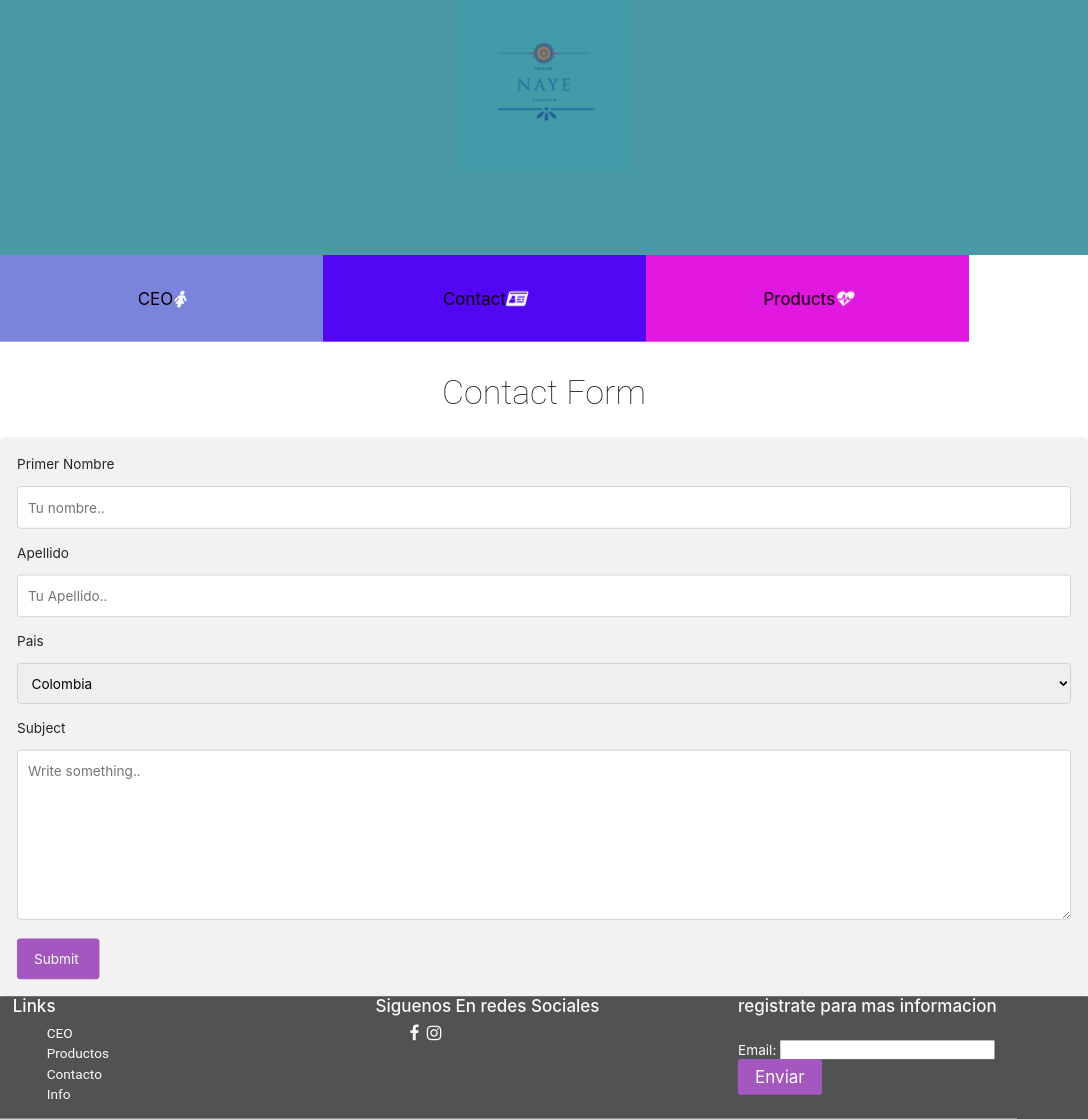
Repository: cachimiro/1-mile-stone-project
Page: contactos.html
The author's editor kept a record of every edit. The page is drawn from the files as they stood at one moment, then again after the next edit.
The browser window is 1280 px wide. The pictures show the whole page, at 85% of full size.
Some web libraries are served in a nearby version.

Above is the page before.

### contactos.html
<!DOCTYPE html>
<html lang="es">

<head>
    <meta charset="UTF-8">
    <meta name="viewport" content="width=device-width, initial-scale=1.0">
    <meta http-equiv="X-UA-Compatible" content="ie=edge">
    <link rel="stylesheet" href="https://stackpath.bootstrapcdn.com/bootstrap/4.2.1/css/bootstrap.min.css" type="text/css" />
    <link rel="stylesheet" href="https://stackpath.bootstrapcdn.com/font-awesome/4.7.0/css/font-awesome.min.css" type="text/css" />
    <link rel="stylesheet" href="https://cdnjs.cloudflare.com/ajax/libs/hover.css/2.3.1/css/hover-min.css" type="text/css" />
    <link rel="stylesheet" href="css/style.css" type="text/css" />
    <title>NAYE accesirios</title>
</head>

<body>


    <section>
        <div class="row no-gutters nowrap">
            <a href="index.html" class="col-sx-12 col logo-3 ">
            <img src="photo/logo.png" alt="logo"/>


            </a>






        </div>
        <div class="container">



            <ul id="nav" class="list-inline menucontainer dropdown-links">
                <div class="row">

                    <li class="col-4  ui-menu-color-ceo list-inline-item dropbtn-links-1">
                        <a href="index-english.html" class="hvr-icon-spin ">CEO<i class="fa fa-ceo hvr-icon" aria-hidden="true"> <span><i class="fas fa-female"></i></span></i>  </a>
                    </li>


                    <li class="col-4  ui-menu-color-contacto list-inline-item dropbtn-links-1">
                        <a href="index-english.html" class="hvr-icon-drop ">Contact<i class="fa fa-contact hvr-icon" aria-hidden="true"> <span><i class="far fa-id-card"></i></span></i>  </a>
                    </li>



                    <li class="col-4  ui-menu-color-productos list-inline-item dropbtn-links-1">
                        <a href="#" class="hvr-icon-buzz "> Products<i class="fa fa-crown hvr-icon" aria-hidden="true"> <span><i class="fas fa-heartbeat"></i></span></i>  </a>
                    </li>
                </div>


                </div>
            </ul>
        </div>
       <h3 class="contact-firm">Contact Form</h3>

<div class="container-6">
  <form action="/action_page.php">
    <label for="fname">Primer Nombre</label>
    <input type="text" id="fname" name="firstname" placeholder="Tu nombre..">

    <label for="lname">Apellido</label>
    <input type="text" id="lname" name="lastname" placeholder="Tu Apellido..">

    <label for="country">Pais</label>
    <select id="country" name="country">
      <option value="colombia">Colombia</option>
      <option value="canada">Canada</option>
      <option value="usa">USA</option>
    </select>

    <label for="subject">Subject</label>
    <textarea id="subject" name="subject" placeholder="Write something.." style="height:200px"></textarea>

    <input type="submit" value="Submit " class="submit-3">
  </form>
</div>




    </section>
    <footer class="container-fluid">
        <div id="footer-detail" class="row">
            <div class="col-sm-4">
                <h5 class="uppercase general-sub">Links</h5>
                <p class="inline-block">
                    <ul class="links-footer">
                        <a href="#">
                            <li>
                                CEO
                            </li>
                        </a>
                        <a href="#">
                            <li>
                                Productos
                            </li>
                        </a>
                        <a href="#">
                            <li>
                                Contacto
                            </li>
                        </a>
                        <a href="#">
                            <li>
                                Info
                            </li>
                        </a>
                    </ul>
                </p>
            </div>
            <div class="col-sm-4">
                <h5 class="uppercase general-sub">Siguenos En redes Sociales</h5>
                <ul class="social-media-icons">
                    <li class="list-inline-item">
                        <a href="https://m.facebook.com/Nayeaccesorio/" target="_blank" class="">
                        <i class="fa fa-facebook" aria-hidden="true"></i>
                        <span class="sr-only">Facebook</span>
                        </a>
                    </li>
                    <li class="list-inline-item"></li>
                    <a href="https://www.instagram.com/nayeaccesorios/" target="_blank" class="">
                         <i class="fa fa-instagram" aria-hidden="true"></i>
                            <span class="sr-only">Instagram</span>
                            </a>
                    </li>
                </ul>
            </div>
            <div class="col-sm-4">
                <h5 class="uppercase general-sub"> registrate para mas informacion</h5>



                <form class="info-email">
                    Email: <input type="email" name="email" required class="email-decoration" />
                    <input type="submit" value="Enviar" class="button-email" />
                </form>

            </div>
        </div>


    </footer>
</body>

</html>

### css/style.css
@import url('https://fonts.googleapis.com/css?family=Roboto+Slab&display=swap');
/*----------colours*/

header {
    margin: 0;
    background-color: #021f59;
    color: #f9f7fa;


}

.bg-color-name-title {
    padding-top: 30px;
}


.ui-menu-color-ceo {
    background-color: #7b84db;
    transition: all .5s ease-in-out;
    -moz-transition: all .5s ease-in-out;
    -webkit-transition: all .5s ease-in-out;


}

.ui-menu-color-contacto {
    background-color: #5207f2;
    transition: all .5s ease-in-out;
    -moz-transition: all .5s ease-in-out;
    -webkit-transition: all .5s ease-in-out;

}

.ui-menu-color-productos {
    background-color: #e118df;
    transition: all .5s ease-in-out;
    -moz-transition: all .5s ease-in-out;
    -webkit-transition: all .5s ease-in-out;

}

.ui-menu-color-info {
    background-color: #bf1736;
    transition: all .5s ease-in-out;
    -moz-transition: all .5s ease-in-out;
    -webkit-transition: all .5s ease-in-out;

}

/*---------------sosial links colors*/

.social-links i {
    color: black;
}

/*-------------------heading, decoration*/

.list-inline-item:not(:last-child) {
    margin: 0;
}

.bg-color-name-title {
    padding-top: 30px;
    font-family: "roboto", sans-serif;
    text-align: center;
}

.title {
    font-weight: 200;
    padding-bottom: 15px;
}

.name {
    font-weight: 400;
    padding-top: 10px;
}





i {
    color: #fafafa;

}

.inline-block {
    display: inline;
}

a {
    color: #0d0101;
}

a:hover {
    text-decoration: none;
    color: #fafafa;
}

.logo {
    background: url("../photo/natalia.jpg");
    background-position: center;
    background-repeat: no-repeat;
    background-size: cover;
    height: 410px;
    width: 370px;
    border-top-right-radius: 5%;
    border-bottom-right-radius: 5%;
    transition: all .5s ease-in-out;
    -moz-transition: all .10s ease-in-out;
    -webkit-transition: all .10s ease-in-out;
}
.menucontainer{
 font-size: 0;
}
#nav li {
    font-size: 20px;
    padding: 0;

}

.menuitem {
    line-height: 100px;
    border-radius: 25%;
    text-align: center;

}

/*----------------drop down button*/

.dropbtn {
    background-color: transparent;
    color: #222020;
    padding: 16px;
    font-size: 12px;
    border: none;
}

.dropdown i {
    color: #a67153;
    font-size: 20px;
}

.dropdown {
    position:static;
    display: inline-block;
    text-align: right;

}

.dropdown-content {
    display: none;
    position: absolute;
    background-color: #fafafa;
    min-width: 16px;
    box-shadow: 0px 8px 16px 0px rgba(0, 0, 0, 0.2);
    z-index: 1;
    border-radius: 20%;
}

.dropdown-content a {
    color: #000000;
    padding: 12px 16px;
    text-decoration: none;
    display: block;
}

.dropdown-content a:hover {
    background-color: #eb1e03;
    border-radius: 50%;


}

.dropdown:hover .dropdown-content {
    display: block;
}

.dropdown:hover .dropbtn {
    background-color: none;


}

/*-----------------------------section personal informtion informacion*/

.add-padding {
    padding-top: 10px;
}

.add-padding-3 {
    padding-bottom: 50px;
}

.move-icon {
    padding-left: 15px;
    padding-top: 10px;
}

.move-icon-3 {
    padding-left: 10px
}

.three-reasons-icon {
    color: #0284f3;
    font-size: 24px;

}

.colour-of-infimacion {
    background-color: #23d9b7;
    border-top-right-radius: 5%;
    border-bottom-right-radius: 5%;
}

.personal-info-item {
    margin-bottom: 20px;
    display: block;
    clear: both;

}

.col-md-4 {
    padding-right: 0;
}

.personal-info-item .key,
.personal-info-item .value {
    padding-right: 8px;
    display: inline-block;

}

.personal-info-item .key p,
.personal-info-item .value p {
    margin: 0;
}

.move-right {
    padding-top: 50px;
}

.personal-info-item .key {
    width: 30%;
    margin-right: 21px;
    padding-top: 2px;
    vertical-align: top;
}

.personal-info-item .key p {
    font-weight: 900;

}

.personal-info-item .value {
    position: relative;
    width: 60%;
}

/*----------------------------section icons*/

h3 i {
    color: #0517ea;
    padding-left: 10px;
}

/*---------------------footer links*/

.links-footer {
    font-family: "roboto", sans-serif;
    padding-right: 250px;



}

.links-footer li {
    color: #fafafa;
    text-decoration: none;
    list-style-type: none;
}

.links-footer li:hover {
    color: #e80c0c;


}

/*-----------------------footer*/

.social-media-icons i {
    color: #fafafa;
    text-align: center;
    font-size: 20px;


}

.social-media-icons i:hover {
    background-color: #e80c0c;
    border-radius: 50%;
    height: 30px;
    width: 30px;
    padding-top: 5px;
    transition-duration: 1s;



}

footer {
    background-color: #505254;
    margin: 0;
    color: #fafafa;


}

/*------------------------request info decoration*/

.info-email {
    line-height: 10px;
    padding-top: 20px;
}

.email-decoration {
    border: none;
}

.button-email {
    border: none;
    line-height: 18px;
    background-color: #505254;
    color: #fafafa;
    font-size: 20px;
}

/*---------------------------------productos.html*/

/*------------------------------header*/

.productos-html {
     background:url("../photo/cano.jpg");
     background-repeat: none;
}

.bg-color-photo-section{
    background:url("../photo/cano.jpg");
    background-repeat: none;
}
.logo-2 {
    text-align: center;
    top: -56px;
    background-repeat: no-repeat;
    width: 280px;
    height: 280px;
    margin: 0px;
    padding: 0px;
    background-color: #499aa5;
    transition: all 2s ease-in-out;
    -moz-transition: all 2s ease-in-out;
    -webkit-transition: all 2s ease-in-out;
}

.nowrap {
    flex-wrap: wrap-reverse;
}

/*--------------------------------------------section*/

/*----------------------------------image*/

.photo-adjust {
    margin: 0;
    padding: 0;
    display: block;
    top: -21px;
    line-height: 20px;


}
.photo-1{
    border-radius: 50%;
     -webkit-transition: border-radius 2s;
  transition: border-radius 2s;
}
.photo-1:hover{
  border-radius: 0;
  transition-duration: 1s;

}



.dropdown-links {
    line-height: 100px;
    text-align: center;

}
.dropbtn-links{
    top: -56px;
    padding: 0;
    margin: 0;
}
/*--------------------------hover image information*/
.font-style{
    color: #111111;
    font-family: "roboto", sans-serif;
    font-weight: 600;
    text-align: center;
    text-shadow: 2px 2px #28c7db;
    padding: 10px;
}
/*-------------------------drop-down-button-2*/
.dropdown-2{
    position: static;
    right: -500px;
    top:13;
    z-index: 1;

}
.dropbtn-2 {
    background-color: transparent;
    color: #222020;
    padding: 16px;
    font-size: 12px;
    border: none;
}

.dropdown-2 i {
    color: #222020;
    font-size: 20px;
}




.dropdown-content-2 {
    display: none;
    position: absolute;
    background-color: #fafafa;
    min-width: 16px;
    box-shadow: 0px 8px 16px 0px rgba(0, 0, 0, 0.2);
    z-index: 1;
    border-radius: 20%;
}

.dropdown-content-2 a {
    color: #000000;
    padding: 12px 16px;
    text-decoration: none;
    display: block;
}

.dropdown-content-2 a:hover {
    background-color: #eb1e03;
    border-radius: 50%;


}

.dropdown-2:hover .dropdown-content-2 {
    display: block;
}

.dropdown-2:hover .dropbtn-2 {
    background-color: #3fbec8;


}
/*------------------------------------contactos.html*/

.logo-3{
     text-align: center;
    top: -56px;
    background-repeat: no-repeat;
    width: 280px;
    height: 300px;
    margin: 0px;
    padding: 0px;
    position: static;
    background-color: #499aa5;
    transition: all 2s ease-in-out;
    -moz-transition: all 2s ease-in-out;
    -webkit-transition: all 2s ease-in-out;
}
.dropbtn-links-1{
    position: relative;
    left: -70px;

}
/*---------------------------------contact form*/
.contact-firm{
    text-align: center;
    font-size: 40px;
    font-weight: 200;
    font-family: "roboto" ,sans-serif;
    padding: 20px;

}
input[type=text], select, textarea {
  width: 100%;
  padding: 12px;
  border: 1px solid #ccc;
  border-radius: 4px;
  box-sizing: border-box;
  margin-top: 6px;
  margin-bottom: 16px;
  resize: vertical;
}

input[type=submit] {
  background-color: #a457bf;
  color: #fafafa;
  padding: 12px 20px;
  border: none;
  border-radius: 4px;
  cursor: pointer;
}

input[type=submit]:hover {
  background-color: #5009ff;
}

.container-6 {
  border-radius: 5px;
  background-color: #f2f2f2;
  padding: 20px;
}

After the next edit:
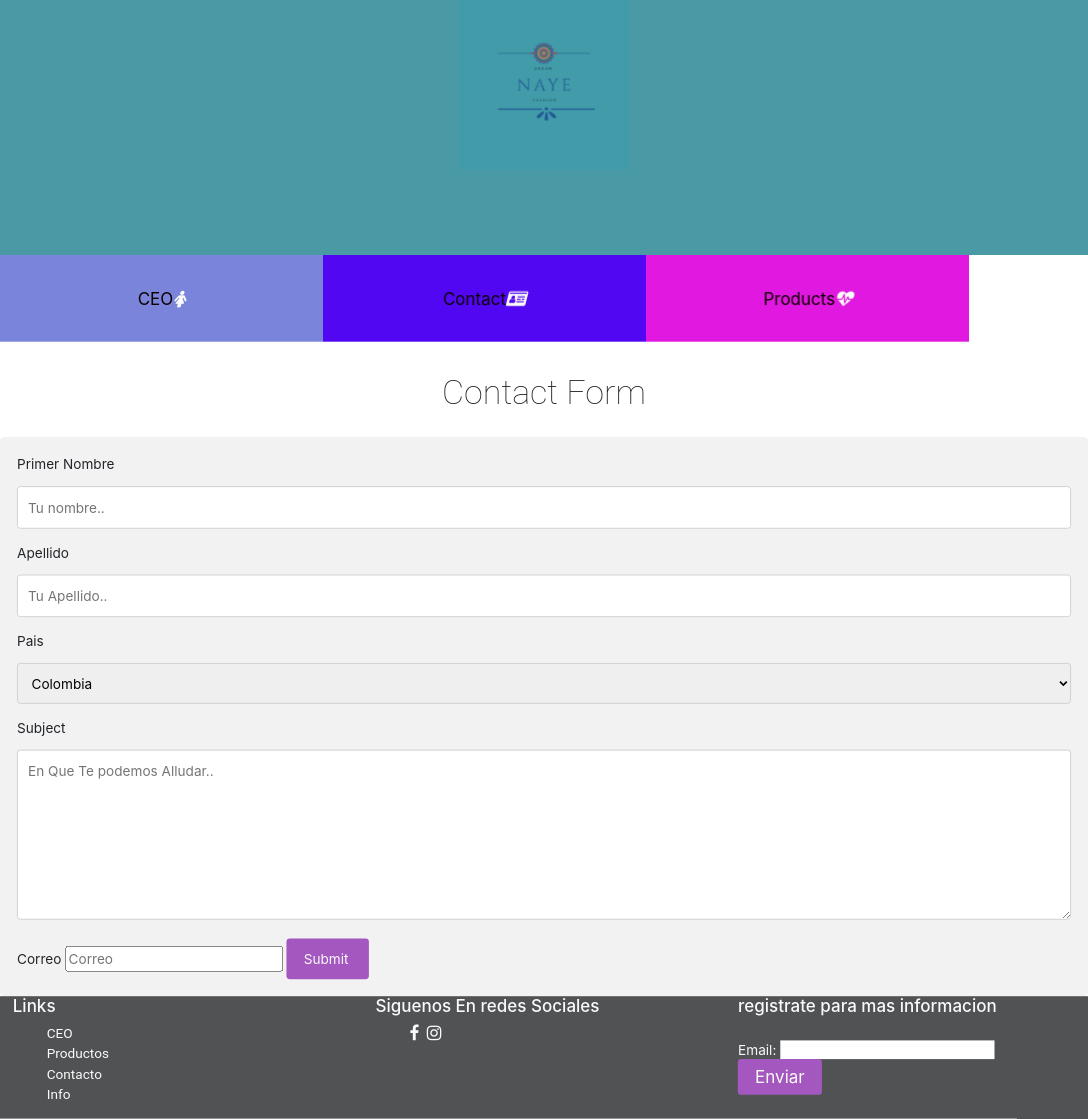
The edit:
--- a/contactos.html
+++ b/contactos.html
@@ -74,8 +74,9 @@
     </select>
 
     <label for="subject">Subject</label>
-    <textarea id="subject" name="subject" placeholder="Write something.." style="height:200px"></textarea>
-
+    <textarea id="subject" name="subject" placeholder="En Que Te podemos Alludar.." style="height:200px"></textarea>
+    <label for="email">Correo</label>
+    <input type="email" id="email" name="email" placeholder="Correo" required/>
     <input type="submit" value="Submit " class="submit-3">
   </form>
 </div>
